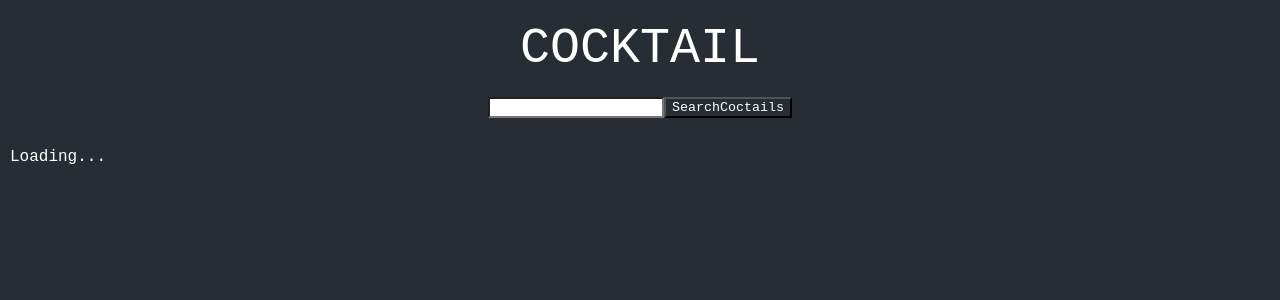
Repository: phunobi1807/coctails
Page: /
These files come from the project's save history. The page is drawn as it stood at one moment and after the next save; the edit follows.
The browser window is 1280 px wide. The pictures show the whole page.
The page's requests for data from a server got no answer. The project was rebuilt for these pictures with package versions that can differ from the ones it lists, and the page was loaded fresh each time. No one was signed in, and anything a server would have sent is missing.

Above is the page before, as saved 2021-09-25 13:52:13.

### src/App.js
import React from 'react';
import './App.scss';
import  ListCocktails from "./components/ListCocktails"

function App() {
  return (
    <div className="App">
        <header><span>C</span>OCKTAIL</header>
        <ListCocktails />
    </div>
  );
}

export default App;

### src/App.scss
* {
  background-color: #282c34;
  color: white;
  font-family: 'Courier New', Courier, monospace, sans-serif;
}
.App
{
  header
  {
    font-size: 50px;
    text-align: center;
    margin: 20px 0;
  }
}

### src/components/ListCocktails.js
import axios from "axios";
import React, { Component } from "react";
import "./ListCocktails.scss";
class ListCocktails extends Component {
  state = {
    listCocktail: [],
    name: "",
    loading: false,
  };

  handleOnChange = (e) => {
      this.setState({
          name: e.target.value
      })
  }

  handleSubmit = (e) =>{
      e.preventDefault();
      this.fetchingCoctail();
  }

  async fetchingCoctail(){
      this.setState({loading: true})
    let res = await axios.get(
      `https://www.thecocktaildb.com/api/json/v1/1/search.php?s=${this.state.name}`
    );
    console.log("check data:", res.data.drinks);
    this.setState({
      listCocktail: res.data && res.data.drinks ? res.data.drinks : [],
      loading: false
    });
  }

  async componentDidMount() {
    this.fetchingCoctail();
  }

  render() {
    let { listCocktail, loading } = this.state;
    return (
      <>
        <div className="input">
            <input type="text" onChange={(e)=>this.handleOnChange(e)} />
            <button onClick={(e)=>this.handleSubmit(e)}>SearchCoctails </button>
        </div>
        <div className="container">
          {!loading ? (
            listCocktail.map((item, index) => {
              return (
                <>
                  <div className="product-cocktail" key={item.id}>
                    <img src={item.strDrinkThumb} alt="" />
                    <p>
                      <span>Name cocktail: {item.strDrink}</span>
                    </p>
                    <p>
                      <span>Use: {item.strInstructions}</span>{" "}
                    </p>
                  </div>
                </>
              );
            })
          ) : (
            <div>Loading...</div>
          )}
        </div>
      </>
    );
  }
}

export default ListCocktails;

### src/components/ListCocktails.scss
.input
{
    text-align: center;
    margin-bottom: 30px;
    input
    {
        background-color: white;
    }
    button
    {
        cursor: pointer;
    }
}
.container {
    display: flex;
    justify-content: space-between;
    flex-wrap: wrap;
    padding: 0 10px;

    .product-cocktail {
        max-width: 300px;
        white-space: nowrap;
    text-overflow: ellipsis;
    overflow: hidden;
        img {
            width: 300px;
            height: 200px;
            object-fit: cover;
            border-radius: 5px;
        }
        p {
            span {
                white-space: inherit;
                text-overflow: inherit;
                overflow: inherit;
                color: crimson;
            }
        }
    }
}

Loaded but not shown: public/index.html (common file); src/index.js (common file); src/index.css (common file); src/reportWebVitals.js (common file)

After the next save:
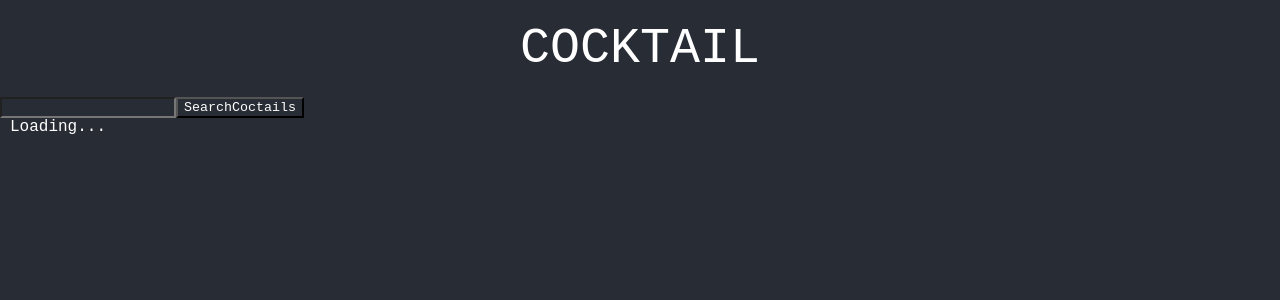
Saved 88 s later.
--- a/src/components/ListCocktails.js
+++ b/src/components/ListCocktails.js
@@ -39,10 +39,10 @@
     let { listCocktail, loading } = this.state;
     return (
       <>
-        <div className="input">
+
             <input type="text" onChange={(e)=>this.handleOnChange(e)} />
             <button onClick={(e)=>this.handleSubmit(e)}>SearchCoctails </button>
-        </div>
+
         <div className="container">
           {!loading ? (
             listCocktail.map((item, index) => {

After the save that followed:
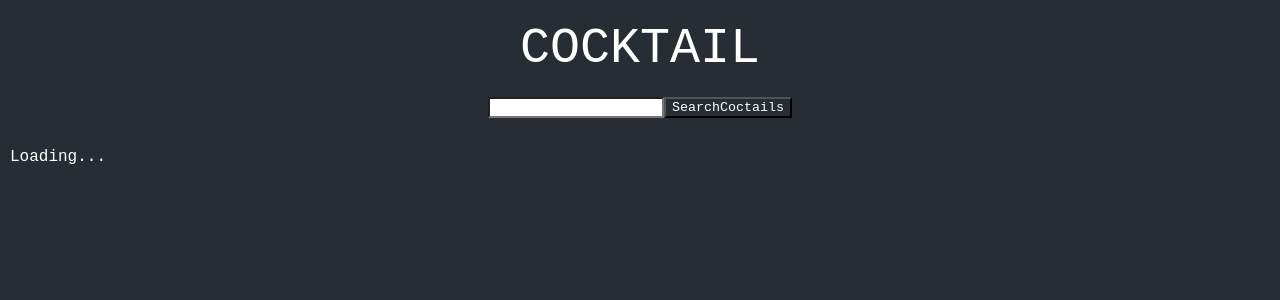
Saved 11 s later.
--- a/src/components/ListCocktails.js
+++ b/src/components/ListCocktails.js
@@ -39,10 +39,10 @@
     let { listCocktail, loading } = this.state;
     return (
       <>
-
+        <div className="input">
             <input type="text" onChange={(e)=>this.handleOnChange(e)} />
             <button onClick={(e)=>this.handleSubmit(e)}>SearchCoctails </button>
-
+        </div>
         <div className="container">
           {!loading ? (
             listCocktail.map((item, index) => {
